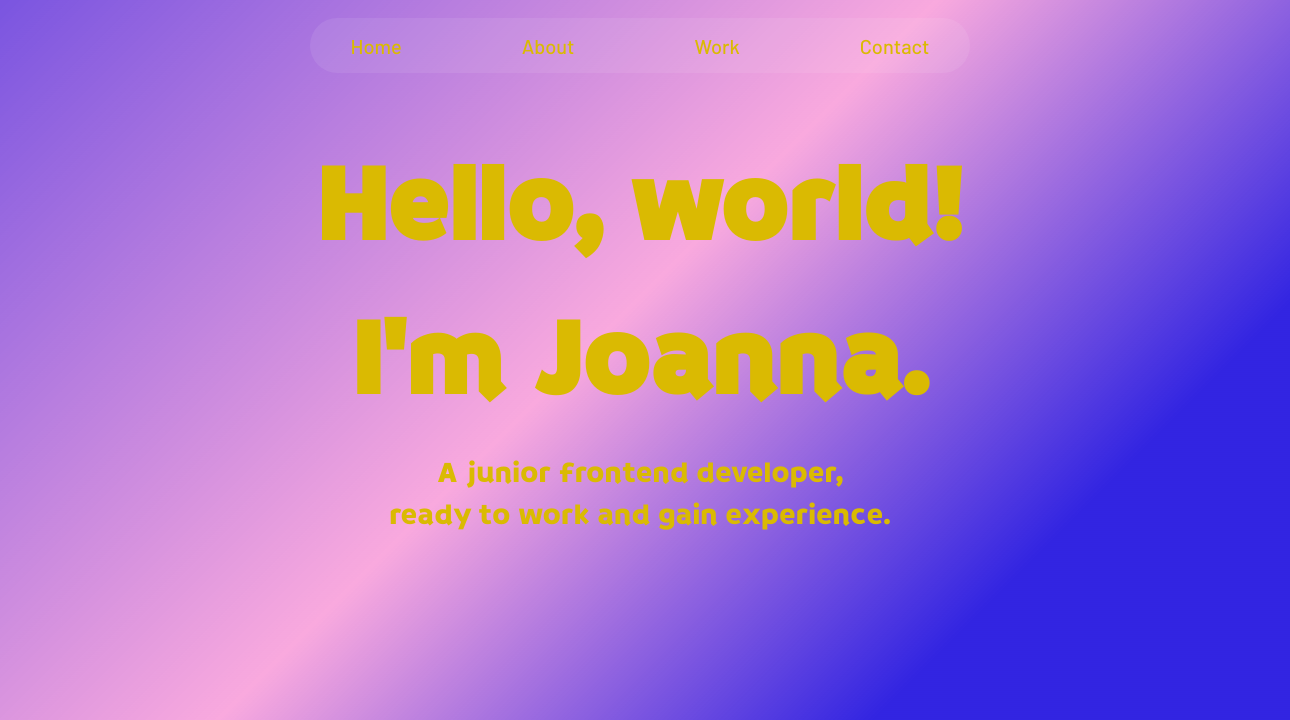
Repository: JJonka/portfolio_site
Page: /
These files come from the project's save history. The page is drawn as it stood at one moment and after the next save; the edit follows.
The browser window is 1280 px wide. The page is 1290 px wide, so the pictures cover 1290 px, including what lies to the right of the window. The pictures show the whole page.
The project was rebuilt for these pictures with package versions that can differ from the ones it lists, and the page was loaded fresh each time. Also part of the build but not shown: vite.config.ts, src/components/EndOfSection.module.scss, src/components/EndOfSection.tsx, src/pages/About.tsx, src/components/LogoIcon.module.scss, src/components/LogoIcon.tsx, src/pages/Contact.tsx, src/pages/Work.module.scss and 1 more.

Above is the page before, as saved 2023-10-08 11:29:10.

### index.html
<!doctype html>
<html lang="en">
  <head>
    <meta charset="UTF-8" />
    <link rel="icon" href="./src/assets/jj_logo.png">
    <meta name="viewport" content="width=device-width, initial-scale=1.0" />
    <title>Joanna Jurasz - software developer</title>
  </head>
  <body>
    <div id="root"></div>
    <script type="module" src="/src/index.tsx"></script>
  </body>
</html>

### src/index.tsx
import React from 'react';
import ReactDOM from 'react-dom/client';
import App from './App';
import { BrowserRouter } from 'react-router-dom';


const root = ReactDOM.createRoot( document.getElementById('root') as HTMLElement);

root.render(
  <BrowserRouter>
    <App />
  </BrowserRouter>
);

### src/App.tsx
import { Routes, Route } from 'react-router-dom';
import HomePage from './pages/HomePage';
import About from './pages/About';
import Contact from './pages/Contact';
import Work from './pages/Work';
import './App.css'


const App = () => {
    return (
      <div>
      <div className='mainBackground' />
      <div className='layer1' />
      <div className='layer2' />

      <Routes>
        <Route path='/' element={ <HomePage /> } />
        <Route path='/about' element={ <About /> } />
        <Route path='/work' element={ <Work /> } />
        <Route path='/contact' element={ <Contact /> }/>
      </Routes>
      </div>
    )
}

export default App;

### src/pages/HomePage.tsx
import Menu from "../components/Menu";
import styles from "./HomePage.module.scss"

const  HomePage = () => {
    return (
      <div className={styles.card}>

        <div className={styles.container}>
        <Menu></Menu>
          <img src="" className={styles.imgTop}></img>
          <h1 className={styles.header}>Hello, world!<br />I'm Joanna.</h1>
          <h2 className={styles.introduction}>A junior frontend developer, <br />ready to work and gain experience.</h2>
          <img src="" className={styles.imgBottom}></img>
        </div>
      </div>
    )
}

export default HomePage;

### src/App.css
@font-face {
  font-family: 'Barlow-Light';
  src: url(/fonts/Barlow-Light.ttf);
}

@font-face {
	font-family: 'Barlow-Regular' ;
	src: url(/fonts/Barlow-Regular.ttf);
}

body {
	display: flex;
	flex-direction: column;
    align-items: center;
    font-family: 'Barlow-Light';
	text-align: center;
    padding-left: calc(100vw - 100%);
    --main-color: #daba02;
}

.mainBackground {
    background-image: linear-gradient(135deg, #2719e0 5%, #ee12a461 50% , #2719e0 70%);
    animation: slide 5s linear infinite alternate;
    animation-fill-mode: forwards;
    animation-delay: -1s;
    position: fixed;
    top: 0;
    bottom: 0;
    left: -50%;
    right: -50%;
    opacity: 0.95;
    z-index: -1;
}




@keyframes slide {
    0% {
        transform: translateX(-20%);
    }
    100% {
        transform: translateX(5%);
    }

}

### src/components/Menu.tsx
import styles from "./Menu.module.scss";
import  LinkToPage  from "./LinkToPage"

const Menu = () => {

    return (
        <div className={styles.menu}>
            <LinkToPage
                link = {'/'}
                urlTo = {"http://localhost:5173/"}
                linkTitle= {"Home"}
            ></LinkToPage>
            <LinkToPage
                link = {'/about'}
                urlTo = {"http://localhost:5173/about"}
                linkTitle= {"About"}
            ></LinkToPage>
            <LinkToPage
                link = {'/work'}
                urlTo = {"http://localhost:5173/work"}
                linkTitle= {"Work"}
            ></LinkToPage>
            <LinkToPage
                link = {'/contact'}
                urlTo = {"http://localhost:5173/contact"}
                linkTitle= {"Contact"}
            ></LinkToPage>
        </div>
    )
};

export default Menu;

### src/pages/HomePage.module.scss
@font-face {
    font-family: 'BraahOne-Regular';
    src: url(/fonts/BraahOne-Regular.ttf);
}

.header {
    color: var(--main-color);
    font-family: "BraahOne-Regular";
    font-size: 110px;
    margin-bottom: 10px;
    margin-top: 25px;
}

.introduction {
    color: var(--main-color);
    font-family: "BraahOne-Regular";
    font-size: 30px;
    font-weight: 50;
    margin-top: 5px;

}

.imgTop {
    position: absolute;
    top: 20px;
    left: 0;
    max-width: 40%;
    max-height: 40%;
    -webkit-transform: scaleX(-1);
    transform: scaleX(-1);
}

.imgBottom {
    position: absolute;
    bottom: 0;
    right: 0;
    max-width: 40%;
    max-height: 40%;
}

.container {
    display: flex;
    flex-direction: column;
    align-items: center;
    position: relative;
    width: 1300px;
    height: 600px;
}

.card {
    display: flex;
    flex-direction: column;
    align-items: center;
}

### src/pages/About.module.scss
@font-face {
	font-family: 'Barlow-Regular' ;
	src: url(/fonts/Barlow-Regular.ttf);
}

.card {
    display: flex;
    flex-direction: column;
    align-items: center;
}

.header {
    color: var(--main-color);
    font-family: "BraahOne-Regular";
    font-size: 100px;
    margin-bottom: 10px;
    margin-top: 15px;
}

.container {
    justify-content: center;
    display: flex;
    flex-direction: row;
    height: 450px;
    width: 1100px;
    gap: 50px;
    margin-bottom: 10px;
    margin-top: 20px;
}

.image {
    max-width: 90%;
    max-height: 90%;
}

.text {
    height: 400px;
    width: 550px;
    display: flex;
    flex-direction: column;
    align-items: center;
    justify-content: center;
}

.aboutMe {
    font-family: "Barlow-Regular";
    font-size: 20px;
    color:  rgb(0, 68, 157);
    margin: 0;
    padding: 30px;

}

.box {
    background-color: rgba(255, 255, 255, 0.419);
    border-color: var(--main-color);
    border-radius: 50px;
    border-style: solid;
    border-width: 2px;
    text-align: justify;
}

### src/pages/Contact.module.scss
@font-face {
	font-family: 'Barlow-Regular' ;
	src: url(/fonts/Barlow-Regular.ttf);
}
@font-face {
    font-family: 'Barlow-Medium';
    src: url(/fonts/Barlow-Medium.ttf);
}

.card {
    align-items: center;
    display: flex;
    flex-direction: column;
}

.container {
    display: flex;
    flex-direction: column;
    align-items: center;
    height: 500px;
    width: 1100px;
    margin-bottom: 100px;
}

.header {
    color: var(--main-color);
    font-family: "BraahOne-Regular";
    font-size: 70px;
    margin-bottom: 10px;
    margin-top: 30px;

}

.logos {
    display: flex;
    flex-direction: row;
    gap: 250px;
    margin-top: 50px;
    margin-bottom: 120px;
    justify-content: center;
    width: 1000px;
}

a {
    text-decoration: none;
}

### src/components/Menu.module.scss
@font-face {
    font-family: 'Barlow-Medium';
    src: url(/fonts/Barlow-Medium.ttf);
}


.menu {
    border-radius: 50px;
    font-family: 'Barlow-Medium';
    font-size: 20px;
    margin-top: 10px;
    margin-bottom: 30px;
    width: 620px;
    height: 15px;
    padding: 20px;
    display: flex;
    flex-direction: row;
    align-items: center;
    justify-content: center;
    column-gap: 30px;
    background-color:rgba(255, 255, 255, 0.083);;

}

### src/components/LinkToPage.tsx
import { Link } from "react-router-dom";
import styles from "./LinkToPage.module.scss"

interface LinkTo  {
    link: string
    urlTo: string
    linkTitle: string
}

const LinkToPage = (props: LinkTo) => {
    return (
        <div>
            <Link to={props.link} className={document.URL == props.urlTo ? styles.active : styles.link}>{props.linkTitle} </Link>
        </div>
    )
}

export default LinkToPage

### src/components/LinkToPage.module.scss
.link {
    text-decoration: none;
    color: var(--main-color);
    margin: 10px 25px;
    padding: 5px 20px;
}

.link:hover {
    margin: 10px 25px;
    padding: 5px 20px;
    background-color: rgba(255, 255, 255, 0.259);
    border-radius: 50px;
    transition: background-color 1s;
}

.active {
    text-decoration: none;
    color: var(--main-color);
    margin: 10px 25px;
    padding: 5px 20px;
    background-color: rgba(255, 255, 255, 0.259);
    border-radius: 50px;
}

After the next save:
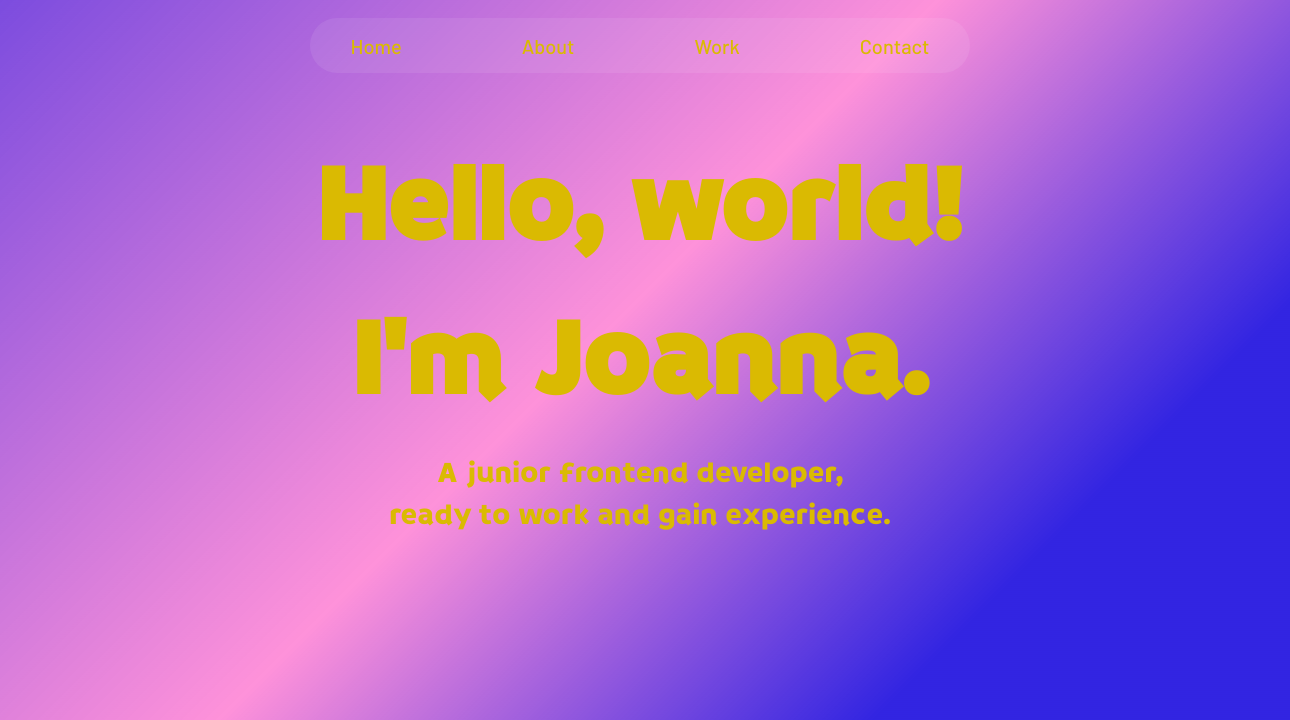
Saved 6 s later.
--- a/src/App.css
+++ b/src/App.css
@@ -19,7 +19,7 @@ body {
 }
 
 .mainBackground {
-    background-image: linear-gradient(135deg, #2719e0 5%, #ee12a461 50% , #2719e0 70%);
+    background-image: linear-gradient(135deg, #2719e0 5%, #fd00a873 50% , #2719e0 70%);
     animation: slide 5s linear infinite alternate;
     animation-fill-mode: forwards;
     animation-delay: -1s;
